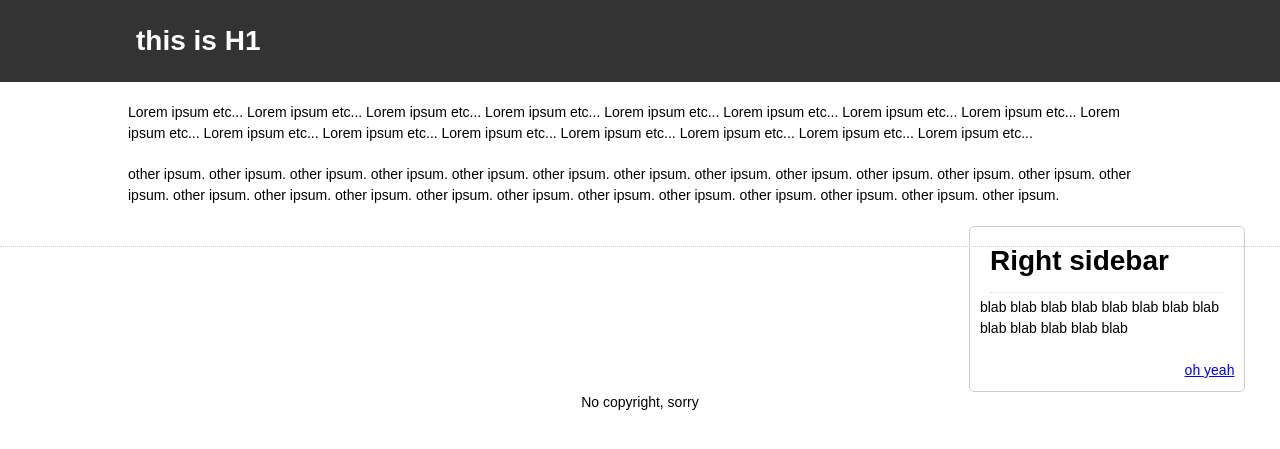
Repository: simonbcky/101
Page: Jadestuff/views/index.jade
The author's editor kept a record of every edit. The page is drawn from the files as they stood at one moment, then again after the next edit.
The browser window is 1280 px wide. The pictures show the whole page.
The page is served by the project's Node server (server.js). The template is opened directly, without the code that normally fills it, so the values that code supplies are empty.

Above is the page before.

### Jadestuff/views/index.jade
extends ./layout.jade
block content
    h1 #{title}
    p.
        Lorem ipsum etc... Lorem ipsum etc... Lorem ipsum etc... Lorem ipsum etc... Lorem ipsum etc... Lorem ipsum etc... Lorem ipsum etc... Lorem ipsum etc... Lorem ipsum etc... Lorem ipsum etc... Lorem ipsum etc... Lorem ipsum etc...
        Lorem ipsum etc... Lorem ipsum etc... Lorem ipsum etc... Lorem ipsum etc...
    p.
        other ipsum. other ipsum. other ipsum. other ipsum. other ipsum. other ipsum. other ipsum. other ipsum. other ipsum. other ipsum. other ipsum. other ipsum. other ipsum. other ipsum. other ipsum.
        other ipsum. other ipsum. other ipsum. other ipsum. other ipsum. other ipsum. other ipsum. other ipsum. other ipsum.
block sidebar
    .block
        h1 Right sidebar
        p
            blab blab blab blab blab blab blab blab blab blab blab blab blab blab
        br
        .readmore
            a(href="http://infoframe.hu") oh yeah

### Jadestuff/views/layout.jade
doctype html
html
    head
        title #{title} - Node.js with jade
        link(rel='stylesheet', href='/css/styles.css')
    body
        header
            .container
                h1 this is H1
        .container
            .main-content
                block content
        .sidebar
            .container
                block sidebar
        footer
            .container
                p No copyright, sorry

### server.js
var express = require('express');
var app = express();

app.get('/hello', function (req, res) {
  res.send('Hello World');
})

app.use('/', express.static(__dirname + "/client"));

app.get('/*', function (req, res) {
  res.send('no such thing dude');
})

//c9.io environment specific PORT
app.listen(process.env.PORT, function() {console.log("listening")});

### client/css/styles.css
/* clear everything out */

*{
    margin:0;
    padding:0;
}

body{
    line-height:1.5;
    font-family:Arial;
    font-size:14px;
    color:#000;
    background:#fff;
}

ul,li{
    list-style:none;
}

.container{
    width:80%;
    margin:auto;
    overflow:hidden;

}

header{
    padding:20px 10px;
    color:#fff;
    background:#333;
    margin-bottom:20px;

}

header h1{

    color:#fff;

}
.main-content p{
    margin-bottom:20px;

}

.sidebar{
    float:right;
    width:27%;

}

.sidebar .block{
    border-radius:5px;
    border:1px solid #ccc;
    padding:0 10px 10px 10px;
    background:##f4f4f4;
    overflow:hidden;

}

.sidebar .block h1{
    margin:13px 10px 4px;
    padding-bottom:10px;
    border-bottom:1px dotted #ddd;

}

.readmore{
    float:right;

}

.readmore a{
    #666;

}

footer{
    border-top:1px dotted #ccc;
    padding-top:5px;
    text-align:center;
    margin-top:20px;

}


/*when browser is under 568px the following applies: */
@media(max-width:568px){
    header{
        text-align:center;
    }

    .main-content{
        float:none;
        width:100%;
        clear:both;
        text-align:center;
    }

    .sidebar{
        float:none;
        width:100%;
        clear:both;
        text-align:center;
    }

    .sidebar .block{
        margin:0;

    }
}

After the next edit:
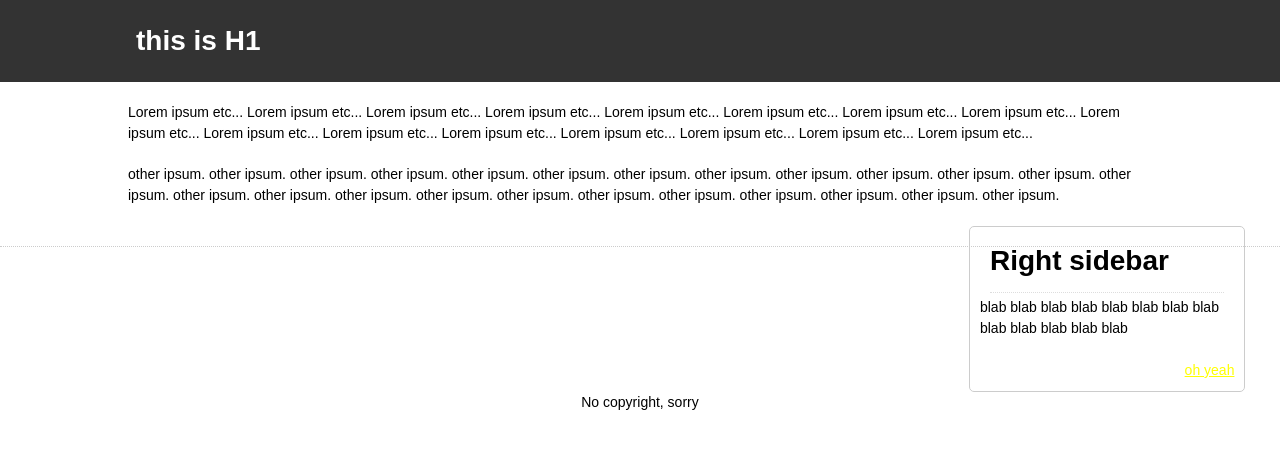
The edit:
--- a/client/css/styles.css
+++ b/client/css/styles.css
@@ -70,7 +70,7 @@
 }
 
 .readmore a{
-    #666;
+    color:yellow;
 
 }
 
